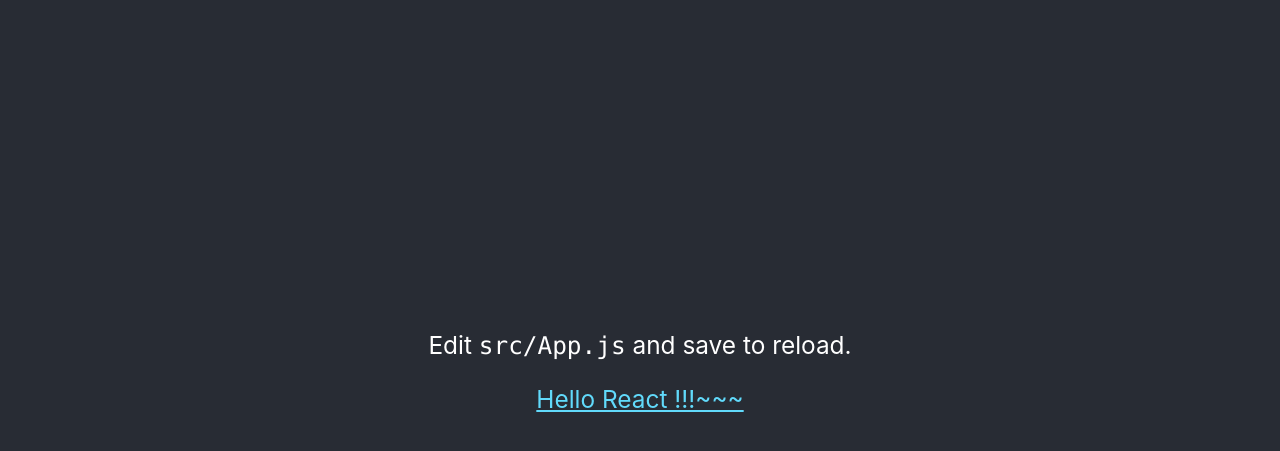
Repository: WidthYou/testDocker
Page: /
The author's editor kept a copy of each file at every save. The page is drawn from the files as they stood at one save, then again after the next save.
The browser window is 1280 px wide. The pictures show the whole page.
The project was rebuilt for these pictures with package versions that can differ from the ones it lists, and the page was loaded fresh each time.

Above is the page before, as saved 2021-04-26 15:32:12.

### src/App.js
import logo from './logo.svg';
import './App.css';

function App() {
  return (
    <div className="App">
      <header className="App-header">
        {/* <img src={logo} className="App-logo" alt="logo" /> */}
        <p>
          Edit <code>src/App.js</code> and save to reload.
        </p>
        <a
          className="App-link"
          href="https://reactjs.org"
          target="_blank"
          rel="noopener noreferrer"
        >
          Hello React !!!~~~
        </a>
      </header>
    </div>
  );
}

export default App;

Loaded but not shown: public/index.html (common file); src/index.js (common file); src/index.css (common file); src/reportWebVitals.js (common file); src/App.css (common file)

After the next save:
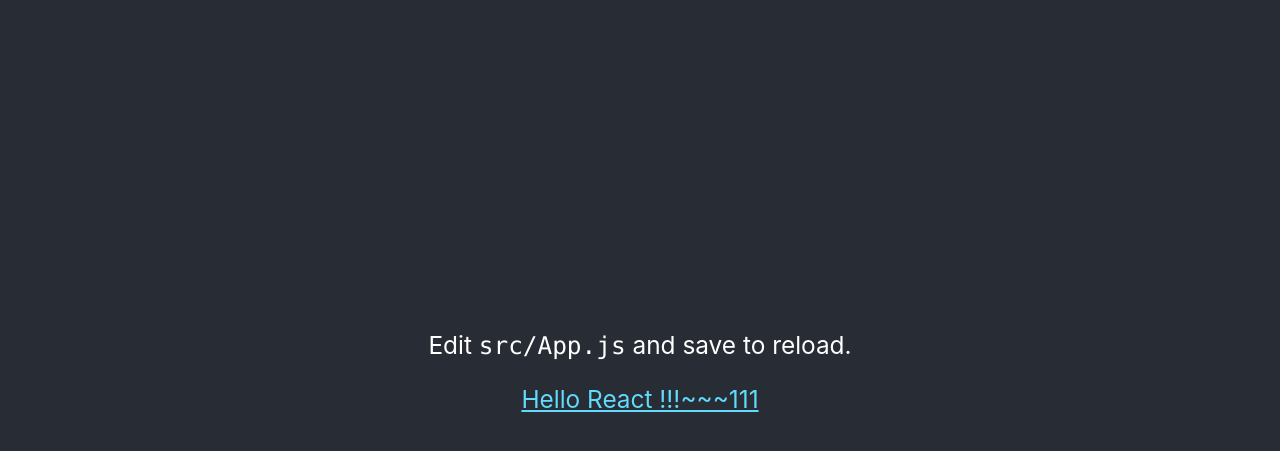
Saved 76 s later.
--- a/src/App.js
+++ b/src/App.js
@@ -15,7 +15,7 @@
           target="_blank"
           rel="noopener noreferrer"
         >
-          Hello React !!!~~~
+          Hello React !!!~~~111
         </a>
       </header>
     </div>
